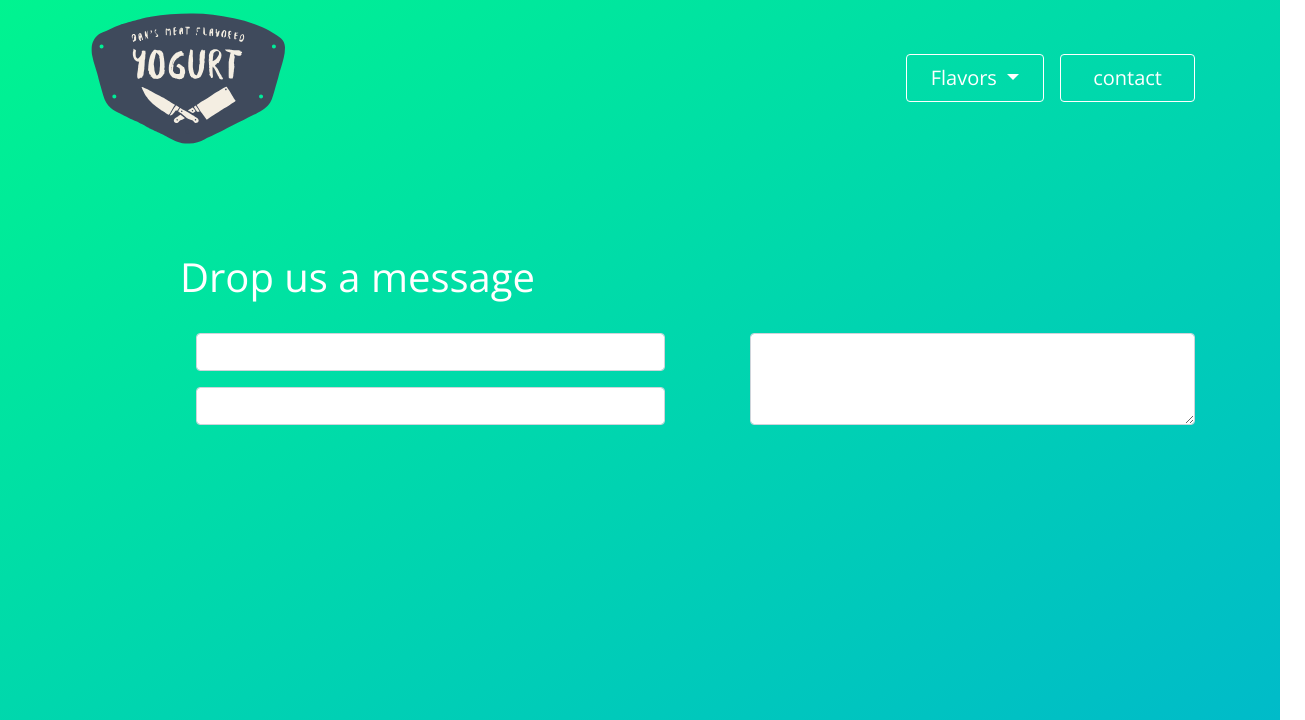
Repository: hoangnam180/Huyen
Page: Form.html
The author's editor kept a copy of each file at every save. The page is drawn from the files as they stood at one save, then again after the next save.
The browser window is 1280 px wide. The page is 1280 px wide, then 1305 px, so the pictures cover 1305 px, including what lies to the right of the window. The pictures show the whole page.

Above is the page before, as saved 2021-12-03 18:55:01.
Not found: space.scss

After the next save:
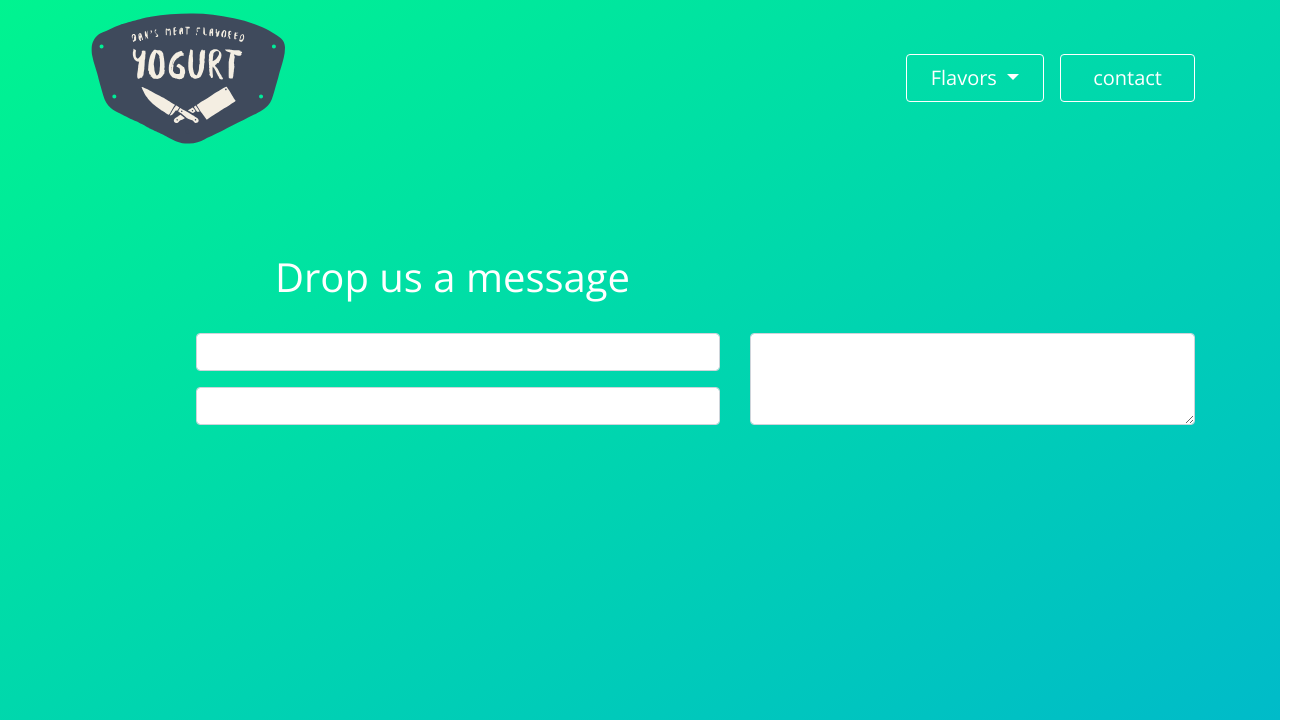
Saved 15 s later.
--- a/Form.html
+++ b/Form.html
@@ -54,15 +54,15 @@
     <!-- end nav -->
     <div class="form">
         <div class="row ">
-            <div class="col-11 offset-1 mt-5"><h1 class="text-white mt-5">Drop us a message</h1></div>
+            <div class="col-11 offset-2 mt-5"><h1 class="text-white mt-5">Drop us a message</h1></div>
         </div>
         <div class="row mt-4">
             <div class="col">
                 <div class="row flex-column">
-                    <div class="col-9 offset-2">
+                    <div class="col-10 offset-2">
                         <input 5 type="email" class="form-control" id="exampleInputEmail1">
                     </div>
-                    <div class="col-9 offset-2">
+                    <div class="col-10 offset-2">
                         <input type="text" id="" class="form-control mt-3" placeholder="">
                     </div>
                 </div>
